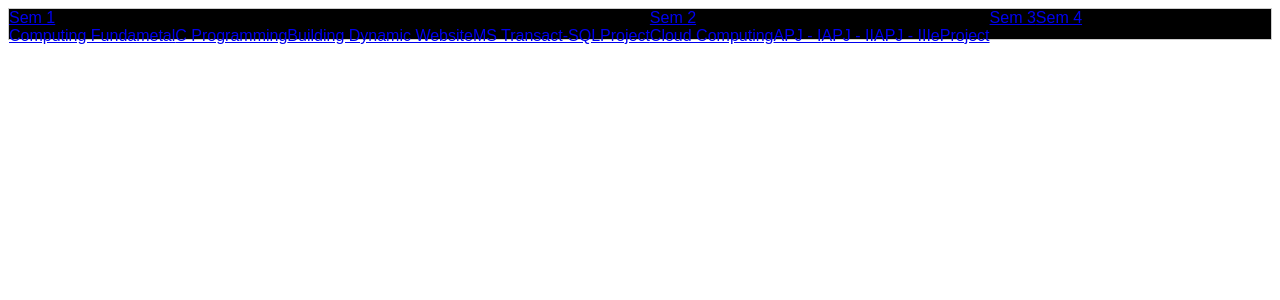
Repository: nguyenhung50497/MD2_cssLayout
Page: TH_menuNgang/index.html
An editor plug-in stored every save of this project. The page is shown before and after a run of saves, followed by the edit.
The browser window is 1280 px wide. The pictures show the whole page.

Above is the page before, as saved 2022-11-29 10:21:47.

### TH_menuNgang/index.html
<!DOCTYPE html>
<html lang="en">
<head>
    <meta charset="UTF-8">
    <title>Title</title>
    <link rel="stylesheet" href="styles.css">
</head>
<body>
<div id="menu">
    <ul>

        <li><a href="#">Sem 1</a>
            <ul>
                <li><a href="#">Computing Fundametal</a></li>
                <li><a href="#">C Programming</a></li>
                <li><a href="#">Building Dynamic Website</a></li>
                <li><a href="#">MS Transact-SQL</a></li>
                <li><a href="#">Project</a></li>
            </ul>
        </li>
        <li><a href="#">Sem 2 </a>
            <ul>
                <li><a href="#">Cloud Computing</a></li>
                <li><a href="#">APJ - I</a></li>
                <li><a href="#">APJ - II</a></li>
                <li><a href="#">APJ - III</a></li>
                <li><a href="#">eProject</a></li>
            </ul>
        </li>
        <li><a href="#">Sem 3</a></li>
        <li><a href="#">Sem 4</a></li>

    </ul>
</div>
</body>
</html>

### TH_menuNgang/styles.css
body{
    font-family: Arial;
}

#menu{
    height: 30px;
    padding:0;
    margin:0;
    background-color: #000000;
    border: 1px solid #CDCDCD;
}

#menu ul, #menu li{
    padding:0;
    margin:0;
}
#menu li{
    position: relative;
    float: left;
    list-style: none;
    margin: 0;
    padding:0;
}

After the next 2 saves:
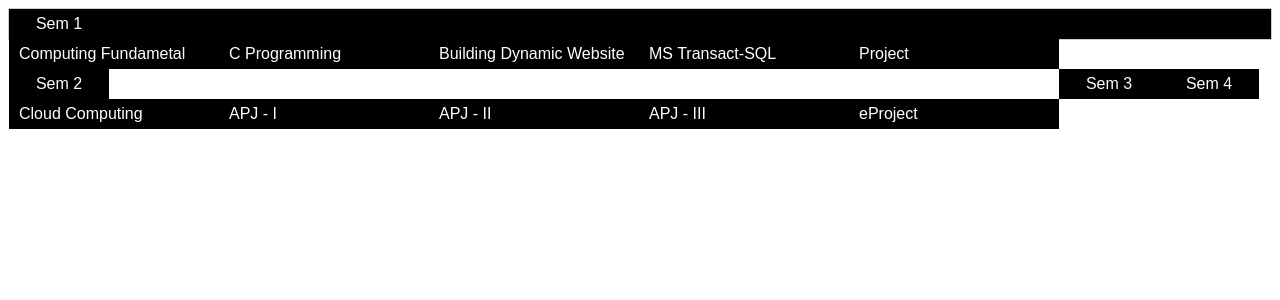
The 2 saves are shown as one change because they came seconds apart.
The last was saved 16 s later.
--- a/TH_menuNgang/styles.css
+++ b/TH_menuNgang/styles.css
@@ -21,3 +21,20 @@
     margin: 0;
     padding:0;
 }
+#menu li a {
+    width: 100px;
+    height: 30px;
+    display: block;
+    text-decoration: none;
+    text-align: center;
+    line-height: 30px;
+    background-color: black;
+    color: white;
+}
+
+#menu ul ul li a {
+    width: 200px;
+    text-align: left;
+    padding-left: 10px;
+
+}
